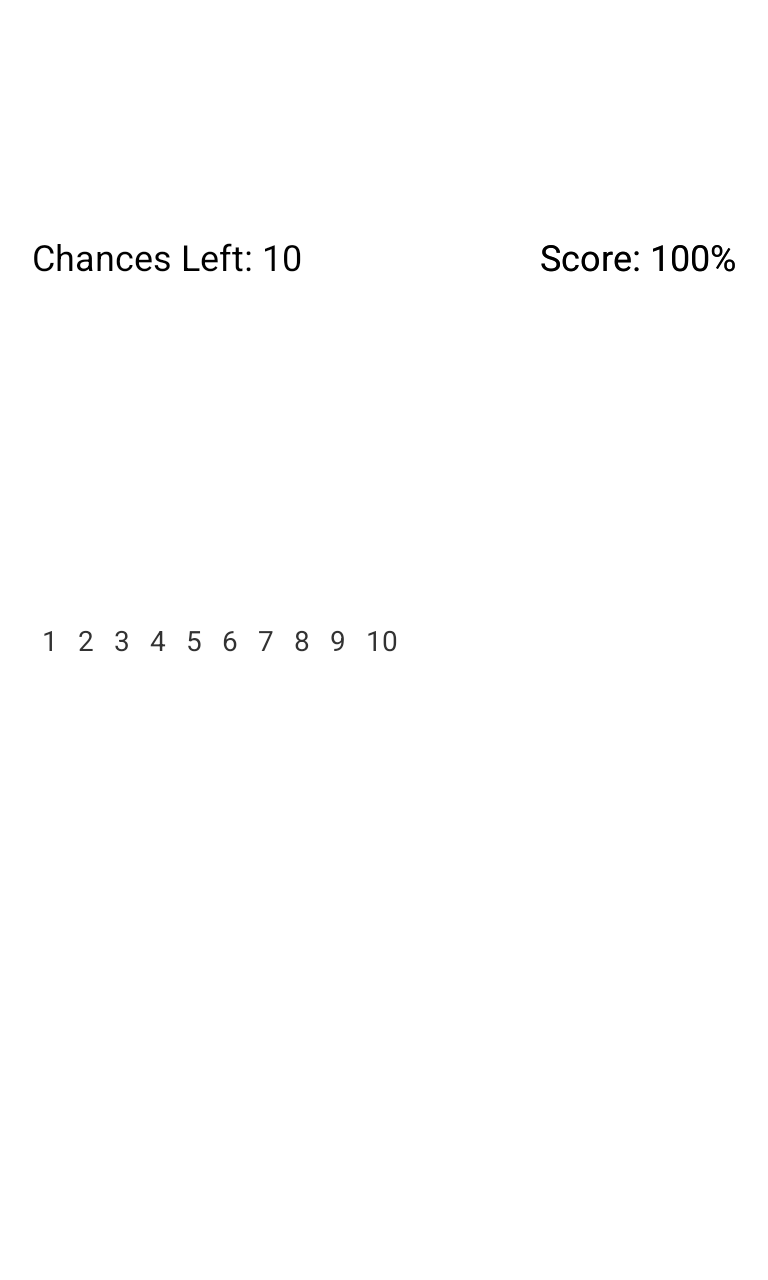
Repository: lethe13/AndroidProgramming
Layout: COMP304-Group1-MicroProject5/res/layout/activity_graphical_guessing_game.xml
An editor plug-in stored every save of this project. The layout is shown before and after the next save, followed by the edit.
It is drawn on a 768 x 1280 px phone screen (xhdpi) without system bars, with theme AppTheme; the app's code is not run.

Above is the layout before, as saved 2015-11-16 21:03:10.

After the next save:
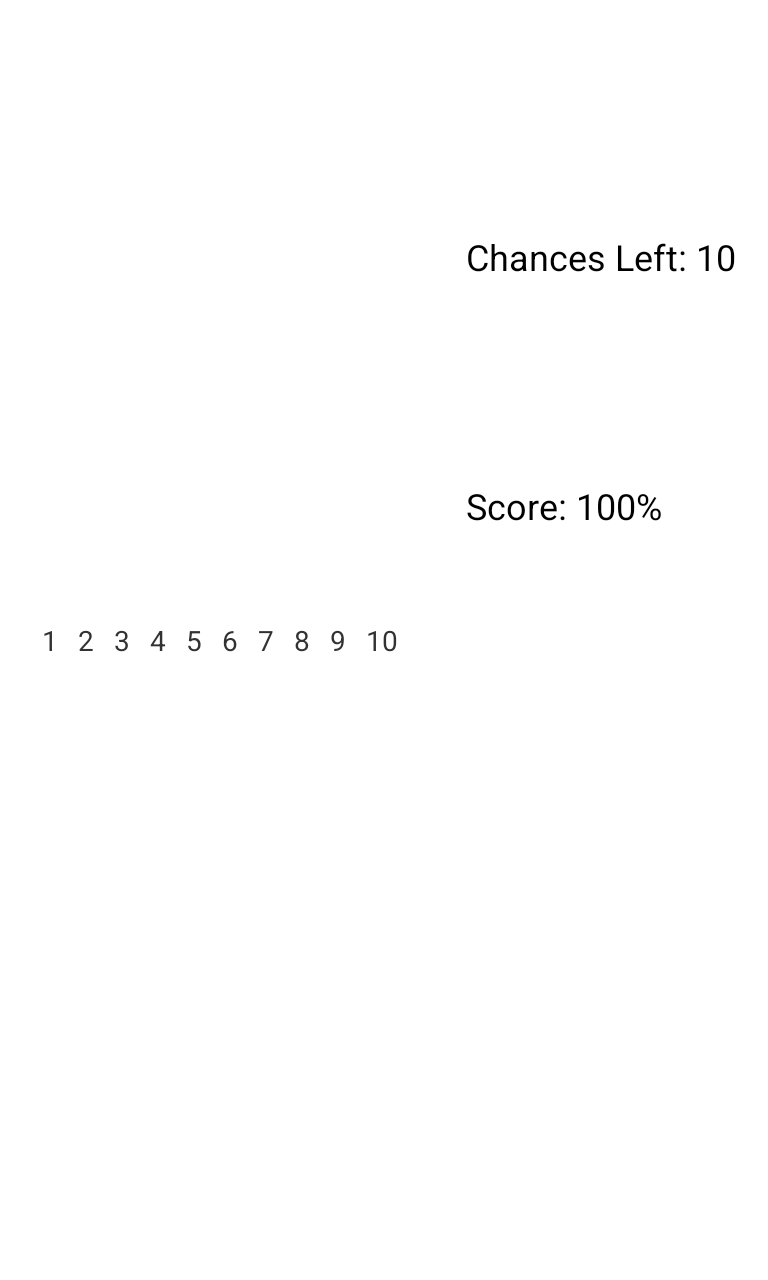
Saved 66 s later.
--- a/COMP304-Group1-MicroProject5/res/layout/activity_graphical_guessing_game.xml
+++ b/COMP304-Group1-MicroProject5/res/layout/activity_graphical_guessing_game.xml
@@ -48,23 +48,6 @@
        android:text="" />
 
  -->
-
- <TextView
-	        android:id="@+id/lblChance"
-	        android:layout_width="wrap_content"
-	        android:layout_height="wrap_content"
-	        android:layout_marginTop="100dp"
-	        android:text="Chances Left: 10"
-	        android:textAppearance="?android:attr/textAppearanceMedium" />
-
-    	 <TextView
-	        android:id="@+id/lblScore"
-	        android:layout_width="wrap_content"
-	        android:layout_height="wrap_content"
-	        android:layout_marginTop="100dp"
-	        android:text="Score: 100%"
-	        android:layout_alignParentRight="true"
-	        android:textAppearance="?android:attr/textAppearanceMedium" />
 
     <TableLayout
         android:id="@+id/tblGame"
@@ -157,10 +140,16 @@
         android:layout_alignParentRight="true"
         android:orientation="vertical" >
 
-
+         <TextView
+	        android:id="@+id/lblChance"
+	        android:layout_width="wrap_content"
+	        android:layout_height="wrap_content"
+	        android:layout_marginTop="100dp"
+	        android:text="Chances Left: 10"
+	        android:textAppearance="?android:attr/textAppearanceMedium" />
 
     	 <TextView
-	        android:id="@+id/tvScore"
+	        android:id="@+id/lblScore"
 	        android:layout_width="wrap_content"
 	        android:layout_height="wrap_content"
 	        android:layout_marginTop="100dp"
@@ -168,7 +157,6 @@
 	        android:layout_alignParentRight="true"
 	        android:textAppearance="?android:attr/textAppearanceMedium" />
 
-
     </LinearLayout>
 
 </RelativeLayout>
